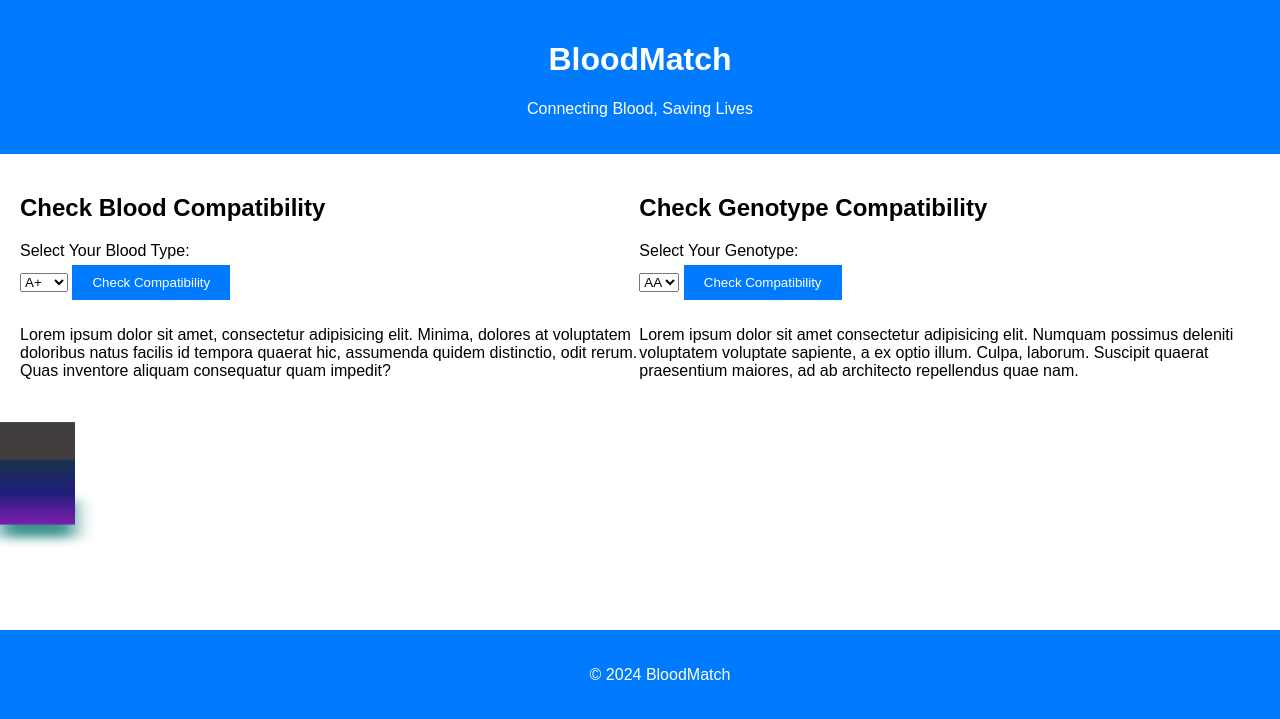
Repository: JuliusMonday/BloodMatch
Page: index.html
The author's editor kept a copy of each file at every save. The page is drawn from the files as they stood at one save, then again after a run of saves.
The browser window is 1280 px wide. The pictures show the whole page.

Above is the page before, as saved 2024-05-02 16:30:18.

### index.html
<!DOCTYPE html>
<html lang="en">
<head>
  <meta charset="UTF-8">
  <meta name="viewport" content="width=device-width, initial-scale=1.0">
  <title>BloodMatch</title>
  <link rel="stylesheet" href="style.css">
</head>
<body>
  <header>
    <h1>BloodMatch</h1>
    <p>Connecting Blood, Saving Lives</p>
  </header>
  <main>
    <section id="bloodType">
      <h1>Check Blood Compatibility</h1>
      <label for="selectBloodType">Select Your Blood Type:</label>
      <select id="selectBloodType">
        <option value="A+">A+</option>
        <option value="A-">A-</option>
        <option value="B+">B+</option>
        <option value="B-">B-</option>
        <option value="AB+">AB+</option>
        <option value="AB-">AB-</option>
        <option value="O+">O+</option>
        <option value="O+">O+</option>
      </select>
      <button onclick="checkBloodCompatibility()">Check Compatibility</button>
      <p id="compatibilityResult">Lorem ipsum dolor sit amet, consectetur adipisicing elit. Minima, dolores at voluptatem doloribus natus facilis id tempora quaerat hic, assumenda quidem distinctio, odit rerum. Quas inventore aliquam consequatur quam impedit?</p>
    </section>
    <section id="genotype">
      <h1>Check Genotype Compatibility</h1>
      <label for="selectGenotype">Select Your Genotype:</label>
      <select id="selectGenotype">
        <option value="AA">AA</option>
        <option value="AS">AS</option>
        <option value="SS">SS</option>
      </select>
      <button onclick="checkGenotypeCompatibility()">Check Compatibility</button>
      <p id="genotypeResult">Lorem ipsum dolor sit amet consectetur adipisicing elit. Numquam possimus deleniti voluptatem voluptate sapiente, a ex optio illum. Culpa, laborum. Suscipit quaerat praesentium maiores, ad ab architecto repellendus quae nam.</p>
    </section>
  </main>
  <div class="cube-loader">
    <div class="cube-top"></div>
    <div class="cube-wrapper">
      <span style="--i:0" class="cube-span"></span>
      <span style="--i:1" class="cube-span"></span>
      <span style="--i:2" class="cube-span"></span>
      <span style="--i:3" class="cube-span"></span>
    </div>
  </div>
  <br>
  <footer>
    <p>&copy; 2024 BloodMatch</p>
  </footer>
  <script src="script.js"></script>
</body>
</html>

### style.css
body {
    font-family: Arial, sans-serif;
    margin: 0;
    padding: 0;
  }

  header, footer {
    background-color: #007bff;
    color: #ffffff;
    text-align: center;
    padding: 20px;
  }

  main {
    padding: 20px;
    display: flex;

  }

  section {
    margin-bottom: 20px;
  }

  label {
    display: block;
    margin-bottom: 5px;
  }

  select, button {
    margin-bottom: 10px;
  }

  button {
    background-color: #007bff;
    color: #ffffff;
    border: none;
    padding: 10px 20px;
    cursor: pointer;
  }

  button:hover {
    background-color: #0056b3;
  }

  footer {
    bottom: 0;
    width: 100%;
      }
      .cube-loader {
        position: relative;
      /* u can choose any size */
        width: 75px;
        height: 75px;
        transform-style: preserve-3d;
        transform: rotateX(-30deg);
        animation: animate 4s linear infinite;
      }

      @keyframes animate {
        0% {
          transform: rotateX(-30deg) rotateY(0);
        }

        100% {
          transform: rotateX(-30deg) rotateY(360deg);
        }
      }

      .cube-loader .cube-wrapper {
        position: absolute;
        width: 100%;
        height: 100%;
        /* top: 0;
        left: 0; */
        transform-style: preserve-3d;
      }

      .cube-loader .cube-wrapper .cube-span {
        position: absolute;
        width: 100%;
        height: 100%;
        /* top: 0;
        left: 0; */
                                           /* width 75px / 2 = 37.5px */
        transform: rotateY(calc(90deg * var(--i))) translateZ(37.5px);
        background: linear-gradient(
  to bottom,
  hsl(210, 50%, 20%) 0%,
  hsl(240, 60%, 30%) 50%,
  hsl(280, 70%, 40%) 100%
);

      }

      .cube-top {
        position: absolute;
        width: 75px;
        height: 75px;
        background: hsl(330, 3.13%, 25.1%) 0%;
                            /* width 75px / 2 = 37.5px */
        transform: rotateX(90deg) translateZ(37.5px);
        transform-style: preserve-3d;
      }

      .cube-top::before {
        content: '';
        position: absolute;
      /* u can choose any size */
        width: 75px;
        height: 75px;
        background: hsl(176.61, 42.28%, 40.7%) 19.6%;
        transform: translateZ(-90px);
        filter: blur(10px);
        box-shadow: 0 0 10px #323232,
                    0 0 20px hsl(176.61, 42.28%, 40.7%) 19.6%,
                    0 0 30px #323232,
                    0 0 40px hsl(176.61, 42.28%, 40.7%) 19.6%;
      }

@media (min-width: 768px){
    footer {
        position:fixed;
        bottom: 0;
        }
}

@media (max-width: 767px){
    main {
        padding: 20px;
        flex-direction: column;
          }
}

### script.js
const checkBloodCompatibility = () =>{
    let selectedBloodType = document.getElementById("selectBloodType").value;
    let compatibilityResult = document.getElementById("compatibilityResult");
    let compatibleBloodTypes = "";

    // Logic to determine compatible blood types
    switch(selectedBloodType) {
      case "A+":
        compatibleBloodTypes = "sample";
        break;
      case "A-":
        compatibleBloodTypes = "SAMPLE";
        break;
      case "B+":
        compatibleBloodTypes = "SAMPLE";
        break;
      case "B-":
        compatibleBloodTypes = "SAMPLE";
        break;
      case "AB+":
        compatibleBloodTypes = "SAMPLE";
        break;
      case "AB-":
        compatibleBloodTypes = "sample";
        break;
      case "O+":
        compatibleBloodTypes = "SAMPLE";
        break;
      case "O-":
        compatibleBloodTypes = "sample";
        break;
    }

    compatibilityResult.textContent = "Compatible blood types: " + compatibleBloodTypes;
  }

  const checkGenotypeCompatibility = () => {
    let selectedGenotype = document.getElementById("selectGenotype").value;
    let genotypeResult = document.getElementById("genotypeResult");
    let compatibleGenotypes = "";

    // Logic to determine compatible genotypes
    switch(selectedGenotype) {
      case "AA":
        compatibleGenotypes = "AA";
        break;
      case "AS":
        compatibleGenotypes = "AA, AS";
        break;
      case "SS":
        compatibleGenotypes = "SS";
        break;
      case "SC":
        compatibleGenotypes = "SC"
    }

    genotypeResult.textContent = `<h1>Compatible genotypes: " + compatibleGenotypes</h1>"`;
  }

After the next 2 saves:
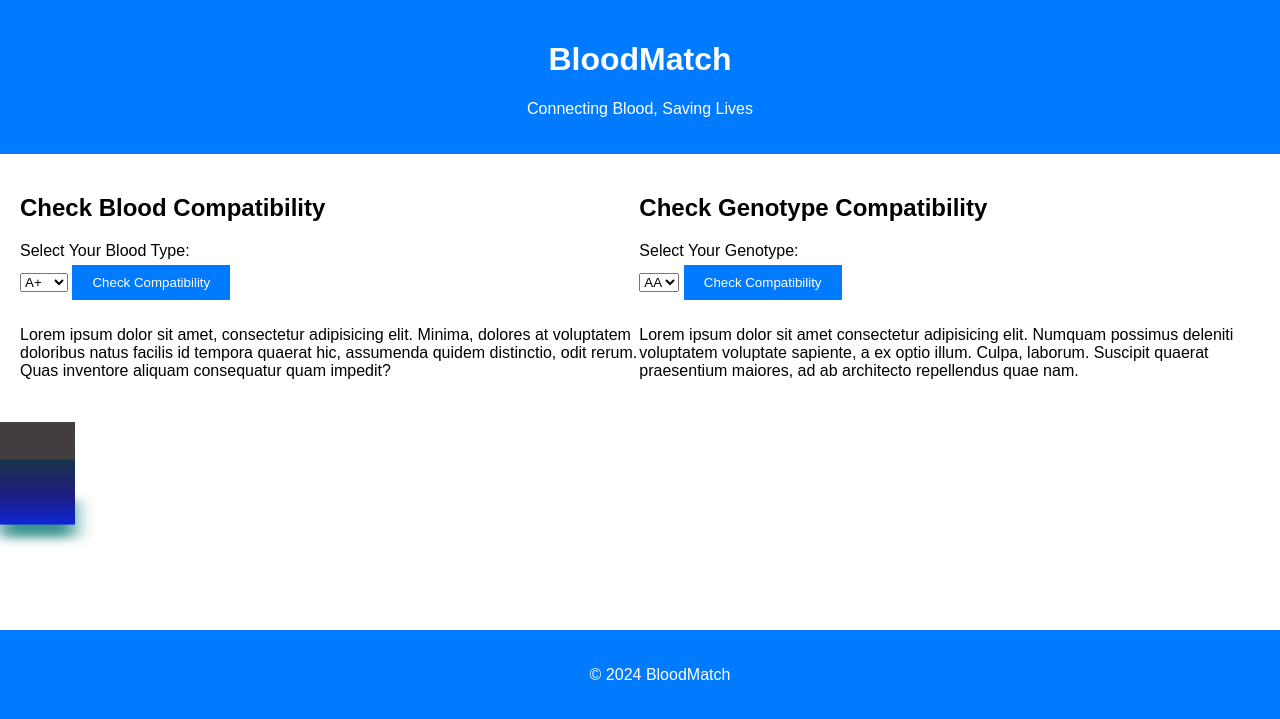
The 2 saves are shown as one change because they came seconds apart.
The last was saved 14 s later.
--- a/style.css
+++ b/style.css
@@ -87,7 +87,7 @@ body {
   to bottom,
   hsl(210, 50%, 20%) 0%,
   hsl(240, 60%, 30%) 50%,
-  hsl(280, 70%, 40%) 100%
+  hsl(233, 88%, 45%) 100%
 );
 
       }
